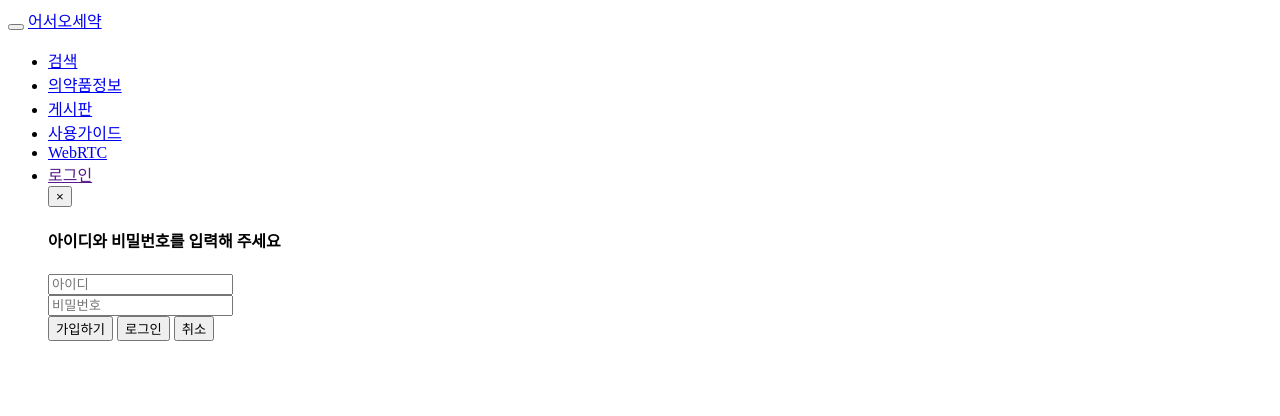
Repository: letzbegin/Study
Page: http://localhost/portfolio/WEB-INF/views/include/header.jsp
The author's editor kept a copy of each file at every save. The page is drawn from the files as they stood at one save, then again after the next save.
The browser window is 1280 px wide. The pictures show the whole page.
The page is served by Tomcat 9. Nobody is signed in. The template is opened directly, without the code that normally fills it, so the values that code supplies are empty.

Above is the page before, as saved 2018-10-16 04:04:24.
Console error: ReferenceError: $ is not defined

After the next save:
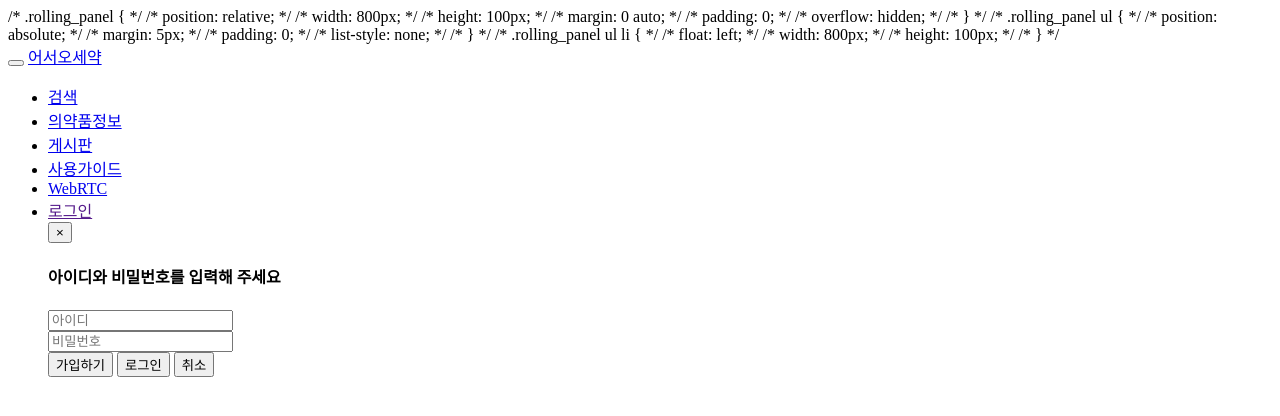
Saved 9 s later.
--- a/pol/portfolio/src/main/webapp/WEB-INF/views/include/header.jsp
+++ b/pol/portfolio/src/main/webapp/WEB-INF/views/include/header.jsp
@@ -7,29 +7,29 @@
 <meta http-equiv="Content-Type" content="text/html; charset=UTF-8">
 <title>Insert title here</title>
 </head>
-<style type="text/css">
-.rolling_panel {
-	position: relative;
-	width: 800px;
-	height: 100px;
-	margin: 0 auto;
-	padding: 0;
-	overflow: hidden;
-}
-
-.rolling_panel ul {
-	position: absolute;
-	margin: 5px;
-	padding: 0;
-	list-style: none;
-}
-
-.rolling_panel ul li {
-	float: left;
-	width: 800px;
-	height: 100px;
-}
-</style>
+<!-- <style type="text/css"> -->
+/* .rolling_panel { */
+/* 	position: relative; */
+/* 	width: 800px; */
+/* 	height: 100px; */
+/* 	margin: 0 auto; */
+/* 	padding: 0; */
+/* 	overflow: hidden; */
+/* } */
+
+/* .rolling_panel ul { */
+/* 	position: absolute; */
+/* 	margin: 5px; */
+/* 	padding: 0; */
+/* 	list-style: none; */
+/* } */
+
+/* .rolling_panel ul li { */
+/* 	float: left; */
+/* 	width: 800px; */
+/* 	height: 100px; */
+/* } */
+<!-- </style> -->
 
 <body>
 	<nav class="navbar navbar-default navbar-fixed-top">

After the save that followed:
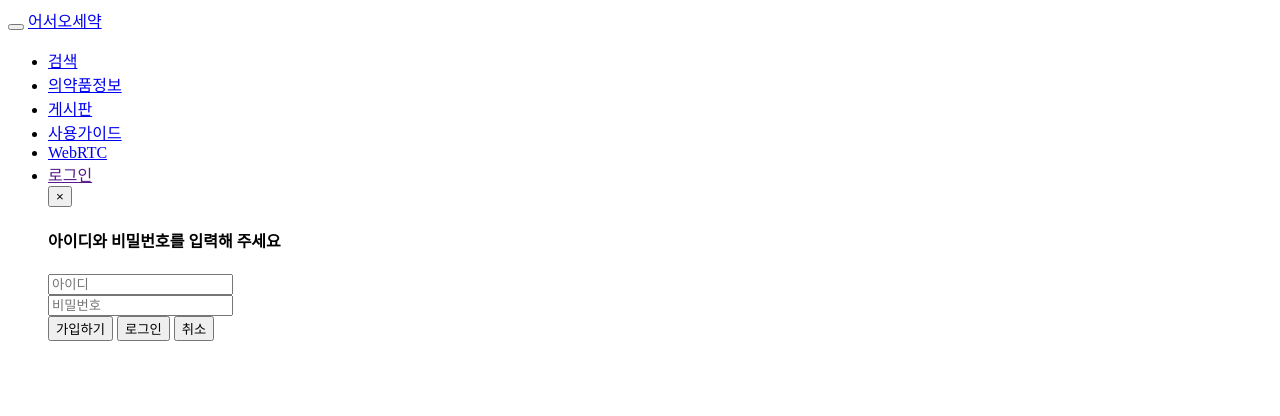
Saved 71 s later.
--- a/pol/portfolio/src/main/webapp/WEB-INF/views/include/header.jsp
+++ b/pol/portfolio/src/main/webapp/WEB-INF/views/include/header.jsp
@@ -7,29 +7,29 @@
 <meta http-equiv="Content-Type" content="text/html; charset=UTF-8">
 <title>Insert title here</title>
 </head>
-<!-- <style type="text/css"> -->
-/* .rolling_panel { */
-/* 	position: relative; */
-/* 	width: 800px; */
-/* 	height: 100px; */
-/* 	margin: 0 auto; */
-/* 	padding: 0; */
-/* 	overflow: hidden; */
-/* } */
-
-/* .rolling_panel ul { */
-/* 	position: absolute; */
-/* 	margin: 5px; */
-/* 	padding: 0; */
-/* 	list-style: none; */
-/* } */
-
-/* .rolling_panel ul li { */
-/* 	float: left; */
-/* 	width: 800px; */
-/* 	height: 100px; */
-/* } */
-<!-- </style> -->
+<style type="text/css">
+.rolling_panel {
+	position: relative;
+	width: 800px;
+	height: 100px;
+	margin: 0 auto;
+	padding: 0;
+	overflow: hidden;
+}
+
+.rolling_panel ul {
+	position: absolute;
+	margin: 5px;
+	padding: 0;
+	list-style: none;
+}
+
+.rolling_panel ul li {
+	float: left;
+	width: 800px;
+	height: 100px;
+}
+</style>
 
 <body>
 	<nav class="navbar navbar-default navbar-fixed-top">
